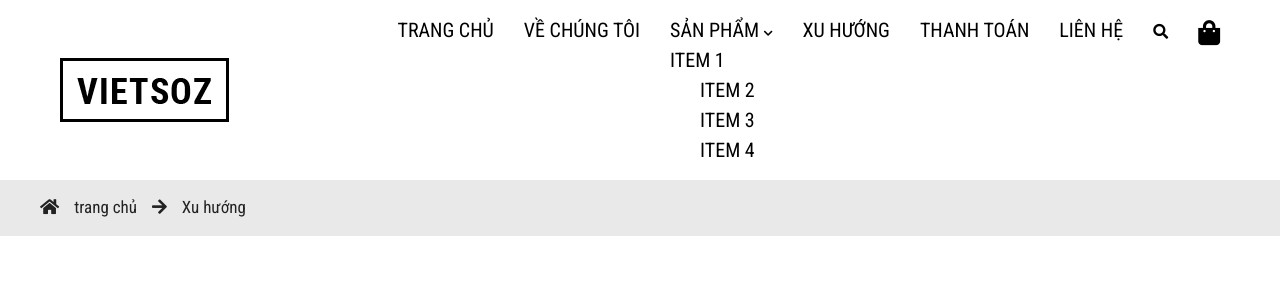
Repository: vinhtk0209/Vietsoz-reponsive
Page: index.html
The author's editor kept a copy of each file at every save. The page is drawn from the files as they stood at one save, then again after the next save.
The browser window is 1280 px wide. The pictures show the whole page.

Above is the page before, as saved 2021-10-23 17:01:35.

After the next save:
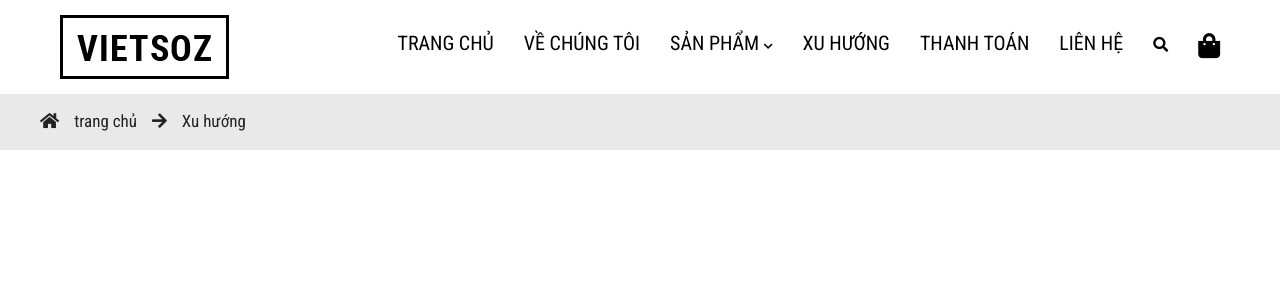
Saved 31 s later.
--- a/index.html
+++ b/index.html
@@ -54,12 +54,12 @@
                     <span class="arrow-down"
                       ><i class="fas fa-chevron-down"></i></span
                   ></a>
-                  <ul class="sub-meu">
+                  <!-- <ul class="sub-meu">
                     <li><a href="">Item 1</a></li>
                     <li><a href="">Item 2</a></li>
                     <li><a href="">Item 3</a></li>
                     <li><a href="">Item 4</a></li>
-                  </ul>
+                  </ul> -->
                 </li>
                 <li><a href="">xu hướng</a></li>
                 <li><a href="">thanh toán</a></li>

After the save that followed:
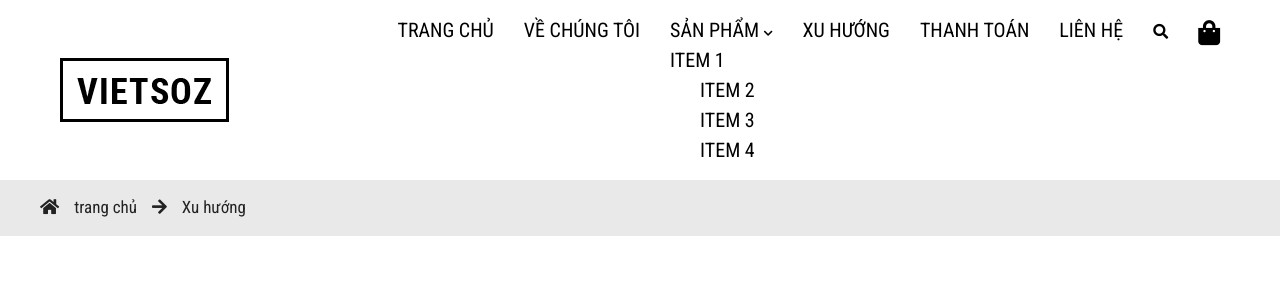
Saved 4 s later.
--- a/index.html
+++ b/index.html
@@ -54,12 +54,12 @@
                     <span class="arrow-down"
                       ><i class="fas fa-chevron-down"></i></span
                   ></a>
-                  <!-- <ul class="sub-meu">
+                  <ul class="sub-meu">
                     <li><a href="">Item 1</a></li>
                     <li><a href="">Item 2</a></li>
                     <li><a href="">Item 3</a></li>
                     <li><a href="">Item 4</a></li>
-                  </ul> -->
+                  </ul>
                 </li>
                 <li><a href="">xu hướng</a></li>
                 <li><a href="">thanh toán</a></li>
